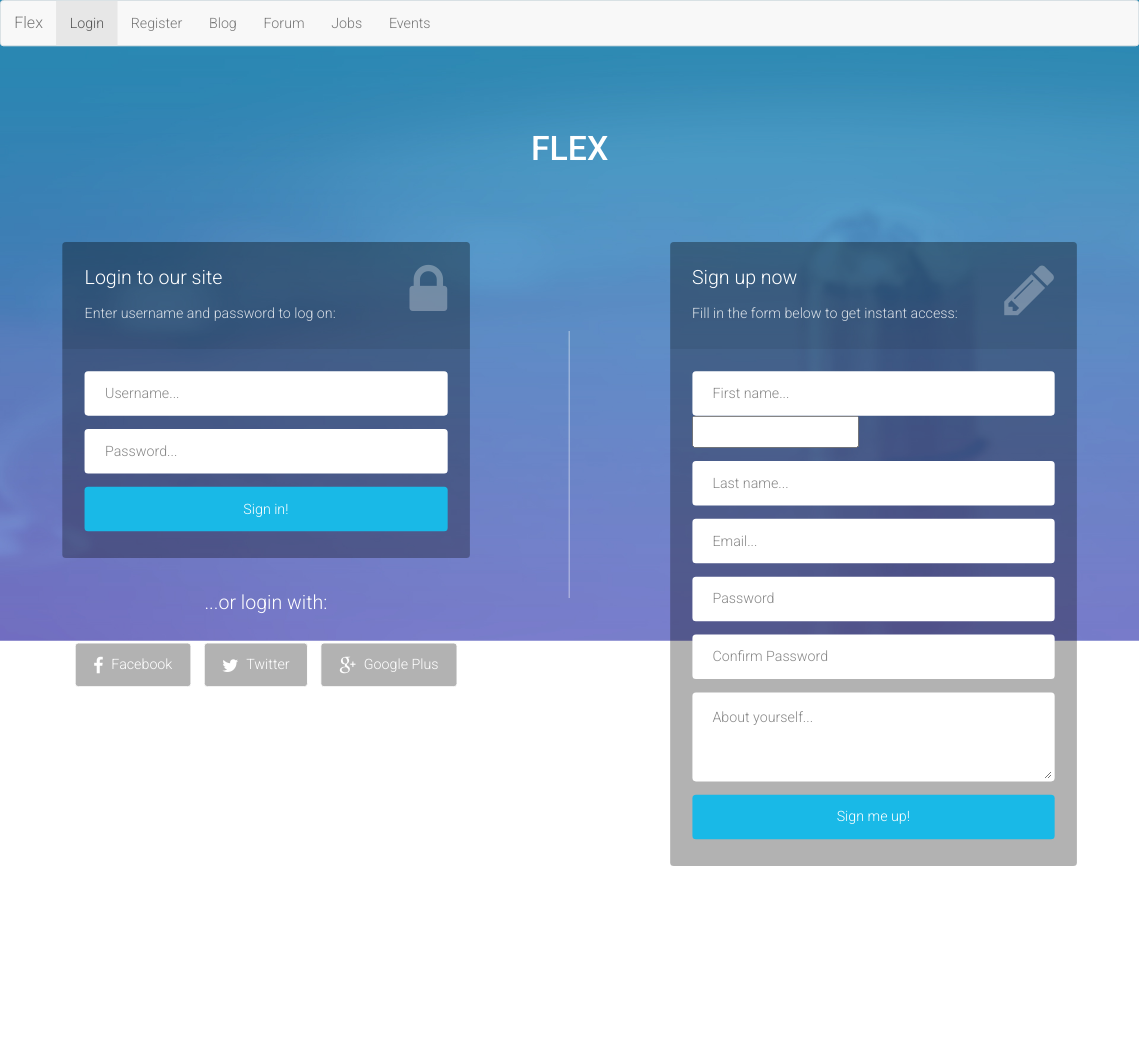
Repository: Angelamritha2012/Flex
Page: Collaboration/WebContent/index.html
These files come from the project's save history. The page is drawn as it stood at one moment and after the next save; the edit follows.
The browser window is 1280 px wide. The pictures show the whole page, at 89% of full size.
Some web libraries are served in a nearby version.

Above is the page before, as saved 2017-11-29 10:05:26.

After the next save:
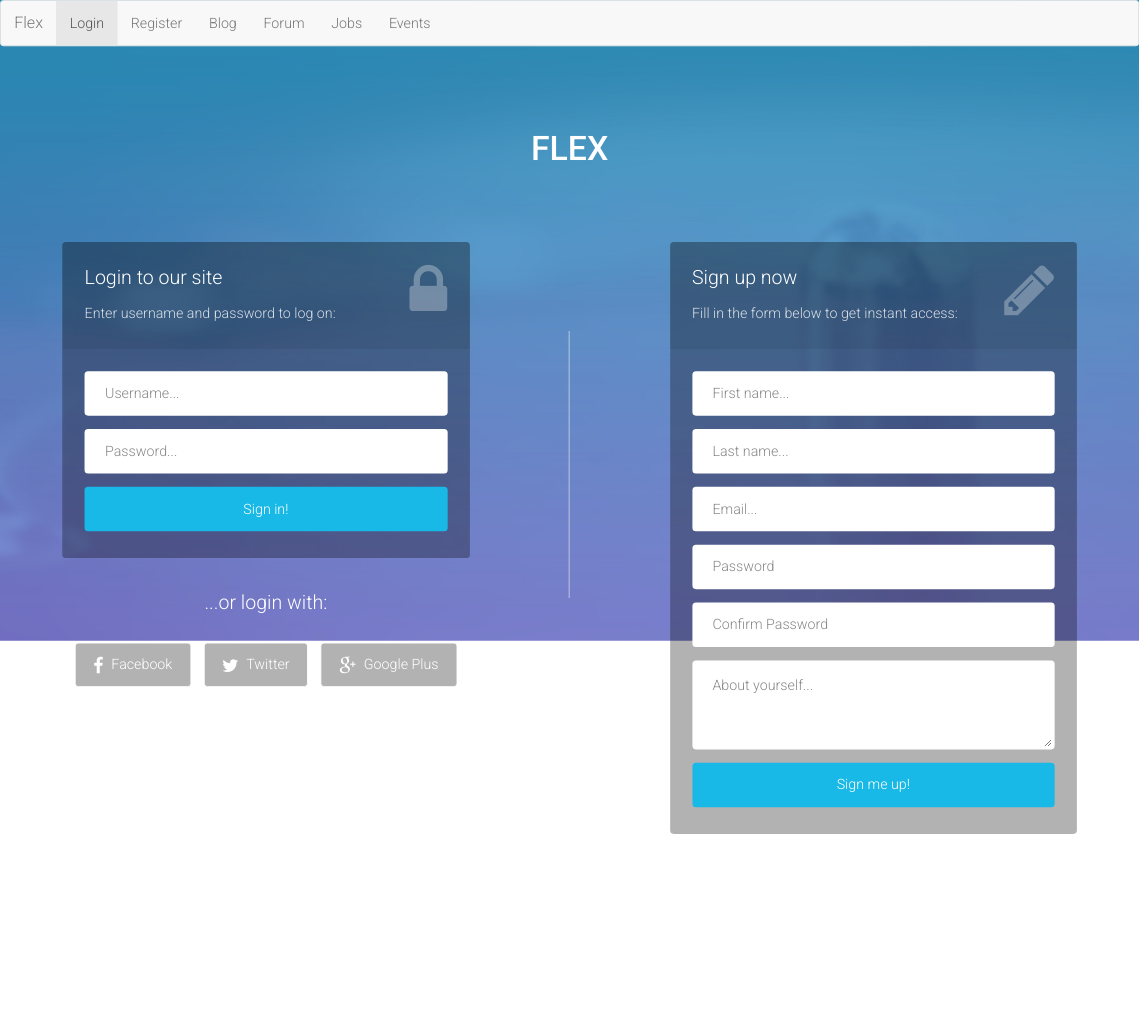
Saved 3 h 14 min later.
--- a/Collaboration/WebContent/index.html
+++ b/Collaboration/WebContent/index.html
@@ -129,10 +129,10 @@
 	                            <div class="form-bottom">
 				                    <form role="form" action="" method="post" class="registration-form">
 				                    	<div class="form-group">
-				                    		<label class="sr-only" for="form-first-name">First name</label>
+				                    		<label class="sr-only" ng-model="form-first-name" required>First name</label>
 				                        	<input type="text" name="form-first-name" placeholder="First name..." class="form-first-name form-control" id="form-first-name">
-<input name="myName" ng-model="myName" required>
- <span ng-show="myForm.myName.$touched && myForm.myName.$invalid">The name is required.</span>
+<!-- <input name="myName" ng-model="myName" required>
+ --> <span ng-show="myForm.myName.$touched && myForm.myName.$invalid">The name is required.</span>
 				                        </div>
 
 				                        <div class="form-group">
